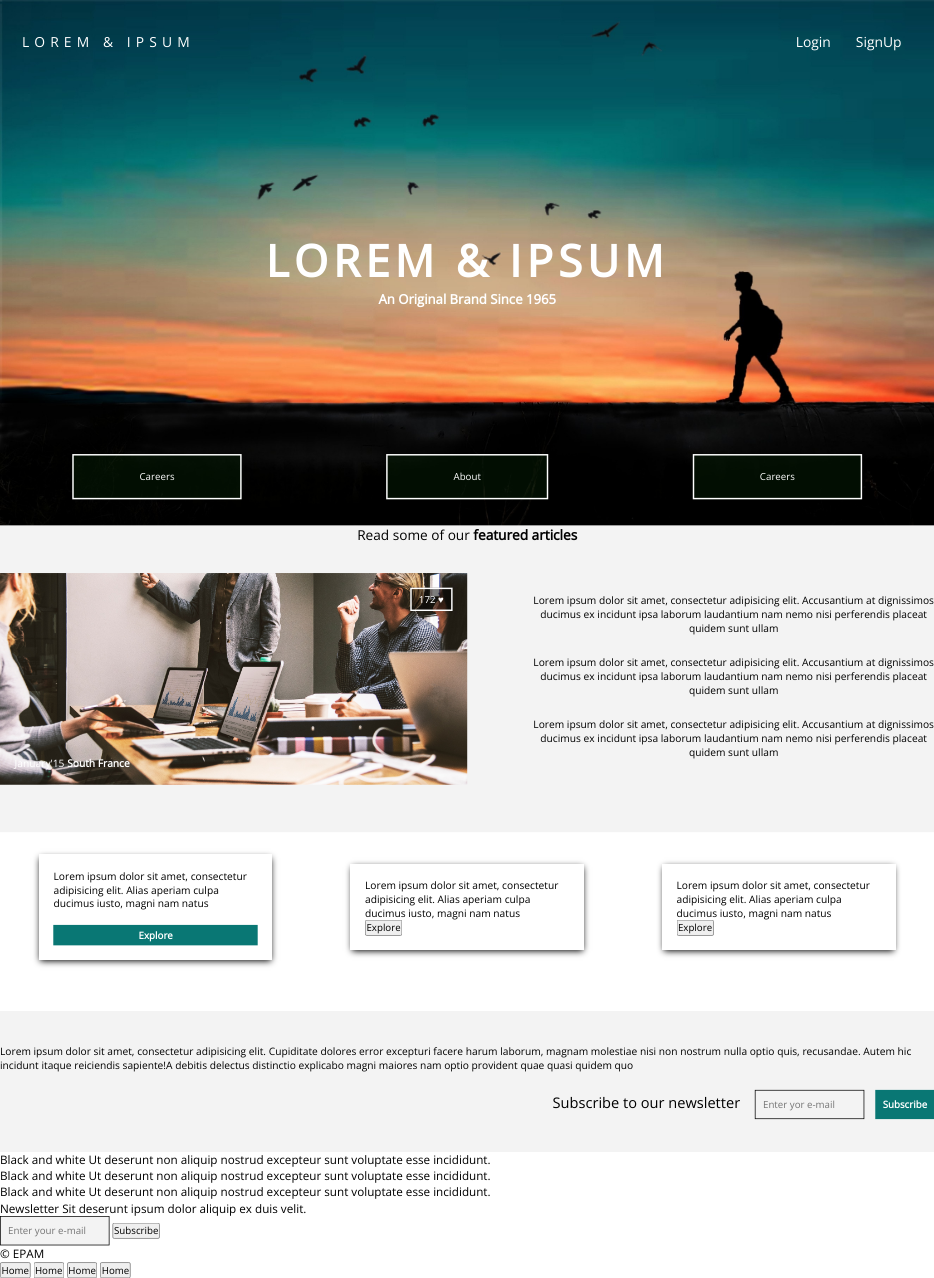
Repository: M1shkaBear/FLX
Page: FLX_homework_4/homework/index.html
An editor plug-in stored every save of this project. The page is shown before and after the next save, followed by the edit.
The browser window is 1280 px wide. The pictures show the whole page, at 73% of full size.

Above is the page before, as saved 2019-01-29 23:23:13.

### FLX_homework_4/homework/index.html
<!DOCTYPE html>
<html lang="en">
  <head>
    <meta charset="UTF-8" />
    <meta name="viewport" content="width=device-width, initial-scale=1.0" />
    <meta http-equiv="X-UA-Compatible" content="ie=edge" />
    <title>Document</title>
    <link
      href="https://fonts.googleapis.com/css?family=Open+Sans"
      rel="stylesheet"
    />
    <link href="css/style.css" rel="stylesheet" />
  </head>
  <body>
    <header class="header">
      <section class="topHeader">
        <section class="words">Lorem &amp; ipsum</section>
        <section class="logbuttons">
          <button class="logbtn">Login</button>
          <button class="subtn">SignUp</button>
        </section>
      </section>
      <section class="heads">
        <section class="nameHeader"><h1>Lorem &amp; ipsum</h1></section>
        <section class="addWords">
          <h3>An Original Brand Since 1965</h3>
        </section>
      </section>
      <section class="btnContainer">
        <button class="btns">Careers</button>
        <button class="btns">About</button>
        <button class="btns">Careers</button>
      </section>
    </header>

    <main class="main">
      <section id="frstarticle">
        <h3>Read some of our <b>featured articles</b></h3>
        <div class="information">
          <div class="photo">
            <p>January'15 <b>South France</b></p>
            <button class="like">172 &#x2665;</button>
          </div>
          <div class="paragers">
            <p>
              Lorem ipsum dolor sit amet, consectetur adipisicing elit.
              Accusantium at dignissimos ducimus ex incidunt ipsa laborum
              laudantium nam nemo nisi perferendis placeat quidem sunt ullam
            </p>
            <p>
              Lorem ipsum dolor sit amet, consectetur adipisicing elit.
              Accusantium at dignissimos ducimus ex incidunt ipsa laborum
              laudantium nam nemo nisi perferendis placeat quidem sunt ullam
            </p>
            <p>
              Lorem ipsum dolor sit amet, consectetur adipisicing elit.
              Accusantium at dignissimos ducimus ex incidunt ipsa laborum
              laudantium nam nemo nisi perferendis placeat quidem sunt ullam
            </p>
          </div>
        </div>
      </section>
      <div id="second">
        <div class="things">
          <div class="this">
            <p>
              Lorem ipsum dolor sit amet, consectetur adipisicing elit. Alias
              aperiam culpa ducimus iusto, magni nam natus
            </p>
            <button class="thisbtn">Explore</button>
          </div>
          <div class="this">
            <p>
              Lorem ipsum dolor sit amet, consectetur adipisicing elit. Alias
              aperiam culpa ducimus iusto, magni nam natus
            </p>
            <button class="item-btn">Explore</button>
          </div>
          <div class="this">
            <p>
              Lorem ipsum dolor sit amet, consectetur adipisicing elit. Alias
              aperiam culpa ducimus iusto, magni nam natus
            </p>
            <button class="item-btn">Explore</button>
          </div>
        </div>
      </div>
      <div id="subscribe">
        <div class="wrapper">
          <div class="subscribe-text">
            <p>
              Lorem ipsum dolor sit amet, consectetur adipisicing elit.
              Cupiditate dolores error excepturi facere harum laborum, magnam
              molestiae nisi non nostrum nulla optio quis, recusandae. Autem hic
              incidunt itaque reiciendis sapiente!A debitis delectus distinctio
              explicabo magni maiores nam optio provident quae quasi quidem quo
            </p>
          </div>
          <div class="subscribe-form">
            <label
              >Subscribe to our <span class="text-bold">newsletter</span>
              <input type="email" placeholder="Enter yor e-mail" />
            </label>
            <button class="btn-subscribe">Subscribe</button>
          </div>
        </div>
      </div>
    </main>

    <footer class="footer">
      <section class="about">
        <section class="paragraphs">
          <p>
            Black and white Ut deserunt non aliquip nostrud excepteur sunt
            voluptate esse incididunt.
          </p>
          <p>
            Black and white Ut deserunt non aliquip nostrud excepteur sunt
            voluptate esse incididunt.
          </p>
          <p>
            Black and white Ut deserunt non aliquip nostrud excepteur sunt
            voluptate esse incididunt.
          </p>
        </section>
        <section class="news">
          <p>Newsletter Sit deserunt ipsum dolor aliquip ex duis velit.</p>
          <form class="subscribe">
            <input
              class="emailvpiska"
              type="email"
              placeholder="Enter your e-mail"
            />
            <button class="button">Subscribe</button>
          </form>
        </section>
      </section>

      <section class="footer-menu">
        <p>&copy; EPAM</p>

        <section class="footer-navigation">
          <button class="btn">Home</button> <button class="btn">Home</button>
          <button class="btn">Home</button> <button class="btn">Home</button>
        </section>
      </section>
    </footer>
  </body>
</html>

### FLX_homework_4/homework/css/style.css
* {
  padding: 0;
  margin: 0;
  box-sizing: border-box;
  font-family: "Open Sans", sans-serif;
}
.header {
  background-image: url("../img/sample2.jpg");
  background-size: cover;
  height: 100vh;
}
.topHeader {
  display: flex;
  justify-content: space-between;
  align-items: center;
  padding: 30px;
}
.logbtn,
.subtn {
  color: white;
  border: 0px;
  background-color: Transparent;
  cursor: pointer;
  justify-content: space-between;
  font-size: 19px;
  padding: 15px;
}

.words {
  color: white;
  font-size: 19px;
  letter-spacing: 7px;
  text-transform: uppercase;
}
.heads {
  display: flex;
  flex-direction: column;
  align-items: center;
  padding: 200px;
}
.btnContainer {
  display: flex;
  justify-content: space-around;
}
.btns {
  border: 2px solid white;
  cursor: pointer;
  background: rgba(6, 36, 7, 0.39);
  padding: 20px 90px;
  color: white;
}
.nameHeader h1 {
  text-transform: uppercase;
  color: white;
  letter-spacing: 7px;
  font-size: 60px;
}
.addWords h3 {
  color: white;
  font-size: 18px;
}

main #frstarticle {
  background-color: #f3f3f3;
  padding-bottom: 65px;
}
main #frstarticle h3 {
  text-align: center;
  font-weight: 100;
  margin-bottom: 40px;
}
main #frstarticle .information {
  display: flex;
  justify-content: space-between;
  align-items: center;
}
main #frstarticle .information .photo {
  position: relative;
  width: 50%;
  height: 290px;
  background: url(../img/sample.jpg) no-repeat top/cover;
  display: flex;
  align-items: flex-end;
  padding: 20px;
}
main #frstarticle .information .photo p {
  color: #fff;
  font-weight: 100;
  font-size: 14px;
}
main #frstarticle .information .photo .like {
  position: absolute;
  top: 20px;
  right: 20px;
  border: 2px solid #fff;
  color: #fff;
  background-color: rgba(0, 0, 0, 0.5);
  padding: 5px 10px;
  cursor: pointer;
}
main #frstarticle .information .paragers {
  text-align: center;
  width: 50%;
  padding: 20px 0 0 90px;
  font-size: 14px;
}
main #frstarticle .information .paragers p {
  margin-bottom: 5%;
}
main .things {
  padding: 30px 0 70px 0;
  display: flex;
  justify-content: space-around;
  align-items: center;
}
main .things .this {
  width: 320px;
  padding: 20px;
  font-size: 14px;
  box-shadow: 0 3px 9px -2px;
}
main .things .this .thisbtn {
  width: 100%;
  border: none;
  color: #fff;
  background-color: #097774;
  padding: 5px;
  font-weight: bold;
  margin-top: 20px;
  cursor: pointer;
}
main #subscribe {
  background-color: #f3f3f3;
  padding: 45px 0;
}
main #subscribe .subscribe-text {
  font-size: 14px;
}
main #subscribe .subscribe-form {
  display: flex;
  justify-content: flex-end;
  padding-top: 25px;
}
main #subscribe .subscribe-form label {
  font-size: 20px;
}
main #subscribe .subscribe-form input {
  margin: 0 15px;
}

input {
  width: 150px;
  padding: 10px;
  border: 1px solid #000;
  background-color: #f3f3f3;
}

.btn-subscribe {
  border: none;
  color: #fff;
  background-color: #097774;
  padding: 10px;
  font-weight: bold;
  cursor: pointer;
}

After the next save:
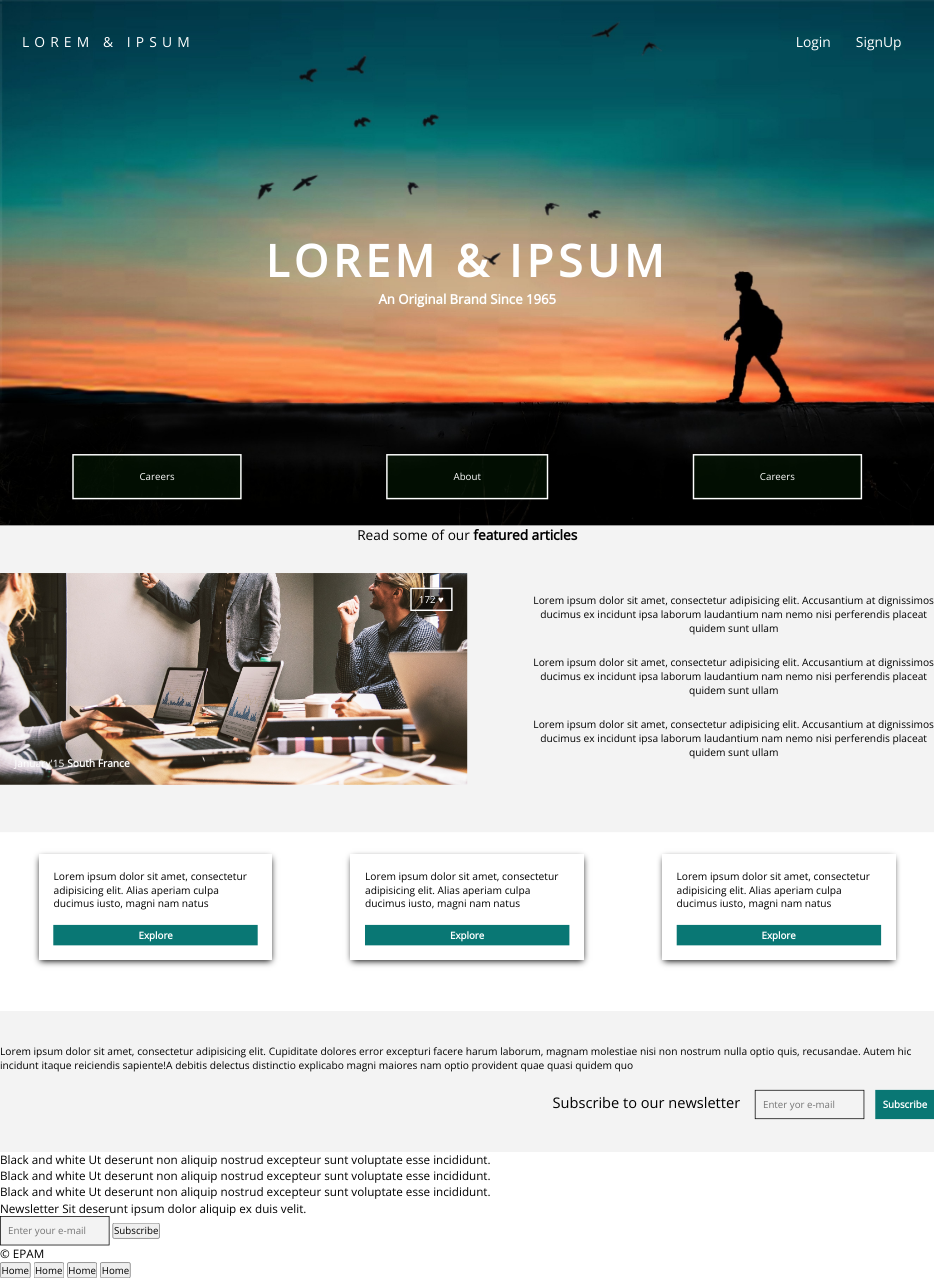
Saved 14 s later.
--- a/FLX_homework_4/homework/index.html
+++ b/FLX_homework_4/homework/index.html
@@ -74,14 +74,14 @@
               Lorem ipsum dolor sit amet, consectetur adipisicing elit. Alias
               aperiam culpa ducimus iusto, magni nam natus
             </p>
-            <button class="item-btn">Explore</button>
+            <button class="thisbtn">Explore</button>
           </div>
           <div class="this">
             <p>
               Lorem ipsum dolor sit amet, consectetur adipisicing elit. Alias
               aperiam culpa ducimus iusto, magni nam natus
             </p>
-            <button class="item-btn">Explore</button>
+            <button class="thisbtn">Explore</button>
           </div>
         </div>
       </div>
